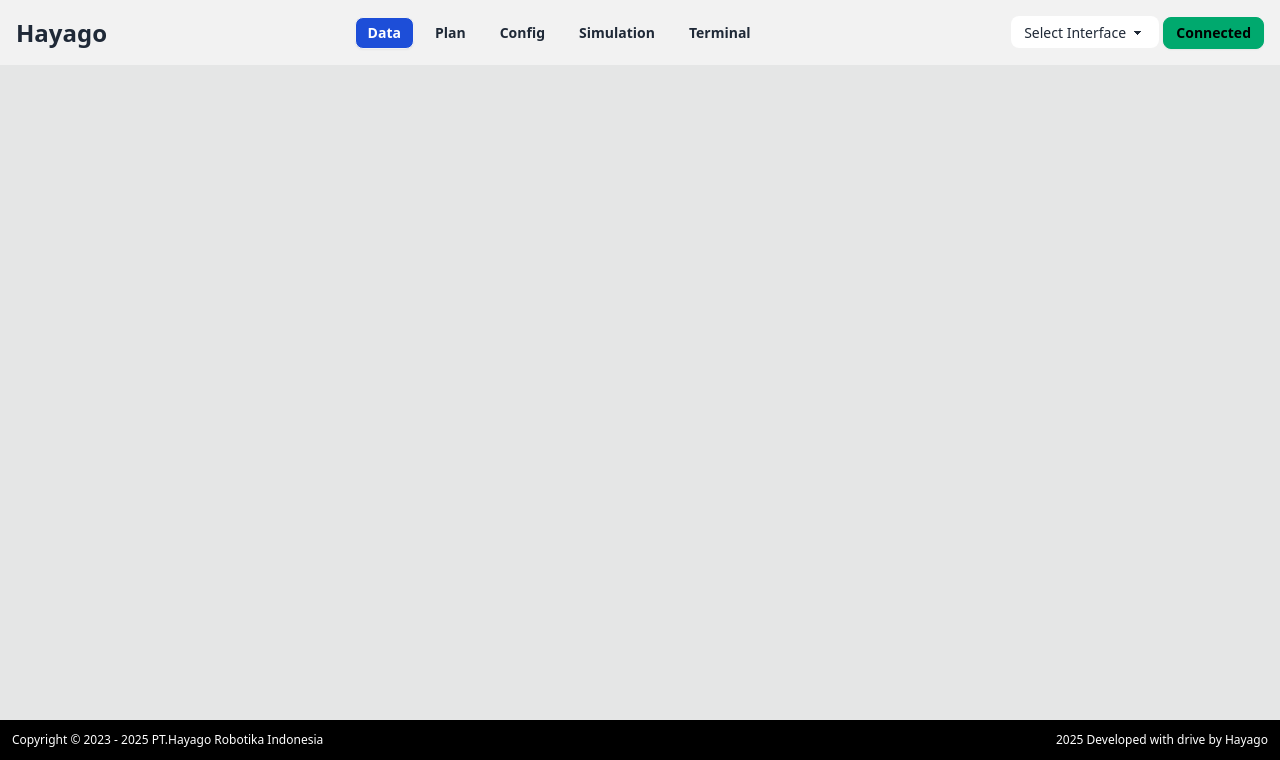
Repository: khulqu15/rov.commander
Page: http://localhost/planner/
An editor plug-in stored every save of this project. The page is shown before and after the next save, followed by the edit.
The browser window is 1280 px wide. The pictures show the whole page.
Some web libraries are served in a nearby version. The page is served by the project's application, run on Django 5.2 (manage.py).

Above is the page before, as saved 2025-02-06 21:31:40.

After the next save:
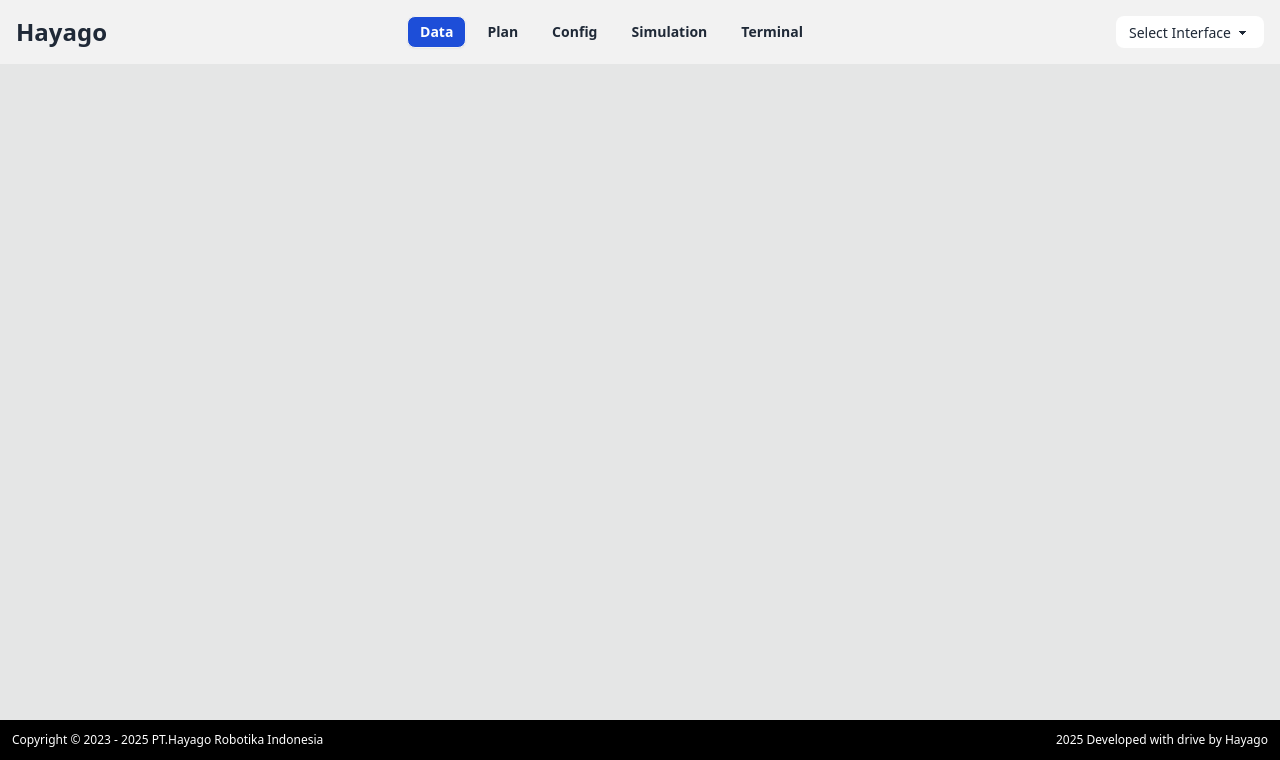
Saved 12 s later.
--- a/templates/index.html
+++ b/templates/index.html
@@ -27,9 +27,9 @@
                         <option value="{{ interface }}" {% if interface == selected_interface %}selected{% endif %}>{{ interface }}</option>
                     {% endfor %}
                 </select>
-                <button type="submit" class="btn btn-success btn-sm">Connected</button>
                 {% if request.GET.interface %}
                     <button type="submit" class="btn bg-blue-600 text-white btn-sm">Connect</button>
+                    <button type="submit" class="btn btn-success btn-sm">Connected</button>
                 {% endif %}
             </form>
         </div>
